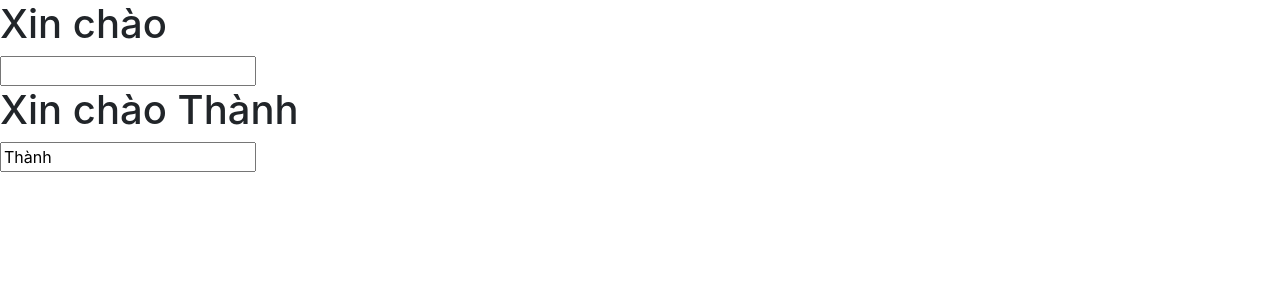
Repository: anhthanh96vp/pre-learner
Page: Vuejs/component/5-component.html
These files come from the project's save history. The page is drawn as it stood at one moment and after the next save; the edit follows.
The browser window is 1280 px wide. The pictures show the whole page.
Some web libraries are served in a nearby version.

Above is the page before, as saved 2018-05-24 14:26:53.

### Vuejs/component/5-component.html
<!DOCTYPE html>
<html lang="en">
<head>
    <meta charset="UTF-8">
    <meta name="viewport" content="width=device-width, initial-scale=1.0">
    <meta http-equiv="X-UA-Compatible" content="ie=edge">
    <title>Document</title>
    <link rel="stylesheet" href="https://maxcdn.bootstrapcdn.com/bootstrap/4.0.0/css/bootstrap.min.css">
</head>
<body>
    <template id="hello-template">
        <div>
            <h1>{{message}} {{userName}}</h1>
        </div>
    </template>
    <template id="form-template">
        <div>
            <input type="text" v-model="userName">
        </div>
    </template>

    <template id="all-template">
        <div>
        <hello-component :user-name="userName"></hello-component>
        <form-component :user-name="userName"></form-component>
        </div>
    </template>




    <div id="app">


           <hello-component></hello-component>
           <form-component></form-component>
            <all-component></all-component>

    </div>







        <script src="https://unpkg.com/vue@2.5.16/dist/vue.js"></script>
        <script type="text/javascript">
            Vue.component('hello-component',{
                template: '#hello-template',
                data: function(){
                    return {
                        message: 'Xin chào'
                    }
                },
                props: ['userName']

            })
            Vue.component('form-component',{
                template: '#form-template',
                props: ['userName']
            })
            Vue.component('all-component',{
                template: '#all-template',
                data: function(){
                    return {
                        userName: 'Thành'
                    }
                }

            })
            new Vue ({
                el: '#app'
            })
        </script>
</body>
</html>

After the next save:
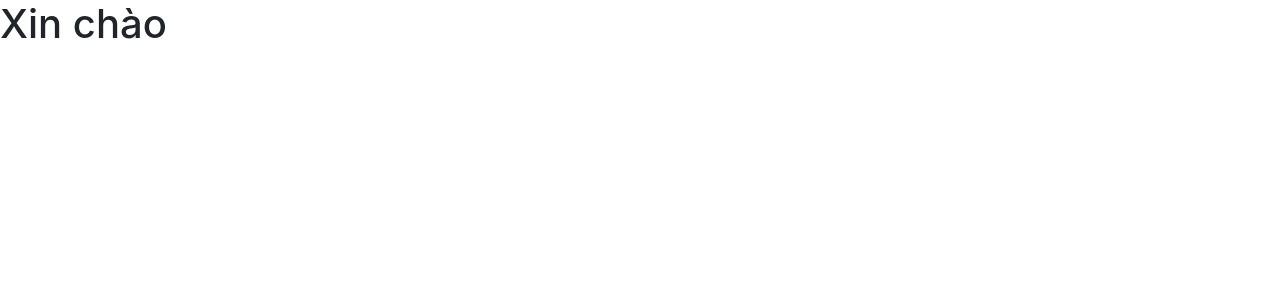
Saved 10 s later.
--- a/Vuejs/component/5-component.html
+++ b/Vuejs/component/5-component.html
@@ -32,9 +32,7 @@
     <div id="app">
 
 
-           <hello-component></hello-component>
-           <form-component></form-component>
-            <all-component></all-component>
+           <hello-component></all-component>
 
     </div>
 
